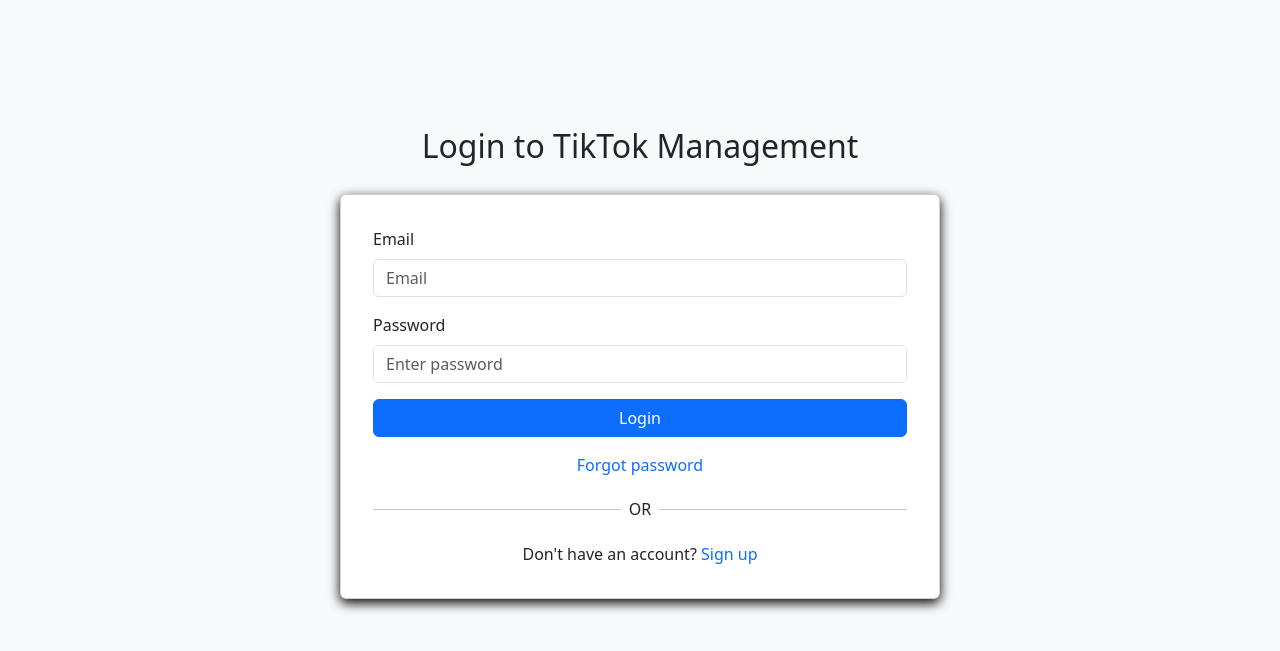
Repository: chaolaolo/tikcrm-fe
Page: /
These files come from the project's save history. The page is drawn as it stood at one moment and after the next save; the edit follows.
The browser window is 1280 px wide. The pictures show the whole page.
The project was rebuilt for these pictures with package versions that can differ from the ones it lists, and the page was loaded fresh each time. Also part of the build but not shown: vite.config.ts, src/pages/Home/Settings.tsx, src/pages/Home/HomePage.tsx. Imported but missing from the stored project, and not drawn on this page: src/pages/Home/Dashboard, src/pages/Register/RegisterPage.

Above is the page before, as saved 2025-05-22 22:19:51.

### src/main.tsx
import React, { StrictMode } from 'react'
import ReactDOM from 'react-dom/client';
import { createRoot } from 'react-dom/client'
import './index.css'
import { BrowserRouter } from 'react-router-dom';
import { AuthProvider } from './store/AuthContext.tsx';
import App from './App.tsx'
import 'antd/dist/reset.css';
import 'bootstrap/dist/css/bootstrap.min.css';
import 'bootstrap/dist/js/bootstrap.bundle.min.js';

ReactDOM.createRoot(document.getElementById('root')!).render(
  <React.StrictMode>
    <AuthProvider>
      <BrowserRouter>
        <App />
      </BrowserRouter>
    </AuthProvider>
  </React.StrictMode>
)

### src/store/AuthContext.tsx
import React, { createContext, useContext, useState, type ReactNode } from 'react';

interface AuthContextProps {
  isLoggedIn: boolean;
  login: () => void;
  logout: () => void;
}

const AuthContext = createContext<AuthContextProps | undefined>(undefined);

export const AuthProvider = ({ children }: { children: ReactNode }) => {
  const [isLoggedIn, setIsLoggedIn] = useState(false);

  const login = () => setIsLoggedIn(true);
  const logout = () => setIsLoggedIn(false);

  return (
    <AuthContext.Provider value={{ isLoggedIn, login, logout }}>
      {children}
    </AuthContext.Provider>
  );
};

export const useAuth = () => {
  const context = useContext(AuthContext);
  if (!context) throw new Error('useAuth must be used within AuthProvider');
  return context;
};

### src/App.tsx
import { useState } from 'react'
import reactLogo from './assets/react.svg'
import viteLogo from '/vite.svg'
import './App.css'
import { useAuth } from './store/AuthContext';
import { Navigate, Route, Routes } from 'react-router-dom';
import LoginPage from './pages/Auth/LoginPage';
import RegisterPage from './pages/Register/RegisterPage';
import HomePage from './pages/Home/HomePage';
import 'bootstrap/dist/css/bootstrap.min.css';
import 'bootstrap/dist/js/bootstrap.bundle.min.js';
import 'antd/dist/reset.css'

const App = () => {
  const { isLoggedIn } = useAuth();

  return (
    <Routes>
      <Route path="/login" element={<LoginPage />} />
      <Route path="/register" element={<RegisterPage />} />
      <Route
        path="/home/*"
        element={isLoggedIn ? <HomePage /> : <Navigate to="/login" />}
      />
      <Route path="*" element={<Navigate to={isLoggedIn ? "/home" : "/login"} />} />
    </Routes>
  );
};

export default App;

### src/pages/Auth/LoginPage.tsx
import React from 'react';
import 'bootstrap/dist/css/bootstrap.min.css';

const LoginPage: React.FC = () => {
  return (
    <div style={{
      backgroundColor: '#f8f9fa', // Màu light của Bootstrap
      position: 'fixed',
      top: 0,
      left: 0,
      right: 0,
      bottom: 0,
      overflow: 'auto'
    }}>
      <div className="d-flex justify-content-center align-items-center min-vh-100 p-3">
        <div className="w-100" style={{ maxWidth: '600px', }}>
          <p className="text-center mb-4 fs-2">Login to TikTok Management</p>
          <div className="card p-8" style={{
            backgroundColor: 'white',
            boxShadow: '0 4px 12px rgba(0, 0, 0, 1.0)'
          }}>
            <form>
              <div className="mb-3 text-start">
                <label htmlFor="email" className="form-label">Email</label>
                <input
                  type="email"
                  className="form-control"
                  id="email"
                  placeholder="Email"
                />
              </div>

              <div className="mb-3 text-start">
                <label htmlFor="password" className="form-label">Password</label>
                <input
                  type="password"
                  className="form-control"
                  id="password"
                  placeholder="Enter password"
                />
              </div>

              <button type="submit" className="btn btn-primary w-100 mb-3">Login</button>

              <div className="text-center mb-3">
                <a href="#forgot-password" className="text-decoration-none">Forgot password</a>
              </div>

              <div className="d-flex align-items-center mb-3">
                <hr className="flex-grow-1" />
                <span className="px-2">OR</span>
                <hr className="flex-grow-1" />
              </div>

              <div className="text-center">
                <span>Don't have an account? </span>
                <a href="#signup" className="text-decoration-none">Sign up</a>
              </div>
            </form>
          </div>
        </div>
      </div>
    </div>
  );
};

export default LoginPage;

Loaded but not shown: index.html (common file); src/index.css (common file); src/App.css (common file)

After the next save:
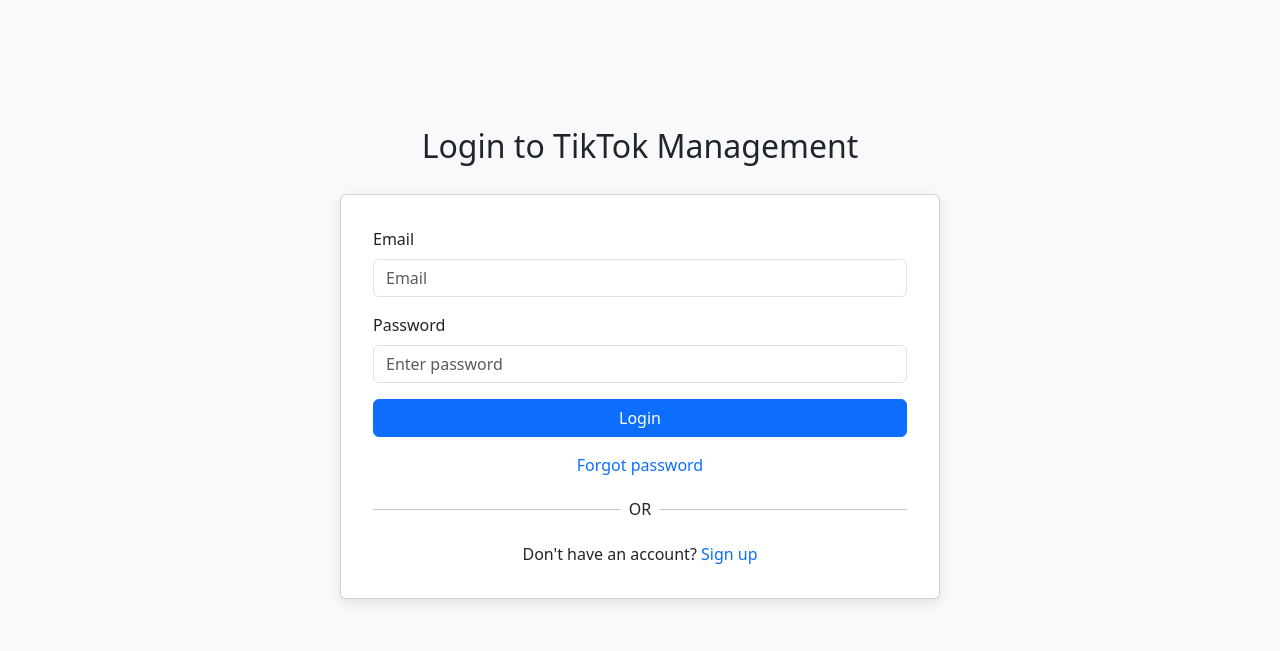
Saved 5 s later.
--- a/src/pages/Auth/LoginPage.tsx
+++ b/src/pages/Auth/LoginPage.tsx
@@ -17,7 +17,7 @@
           <p className="text-center mb-4 fs-2">Login to TikTok Management</p>
           <div className="card p-8" style={{
             backgroundColor: 'white',
-            boxShadow: '0 4px 12px rgba(0, 0, 0, 1.0)'
+            boxShadow: '0 4px 12px rgba(0, 0, 0, 0.1)'
           }}>
             <form>
               <div className="mb-3 text-start">
